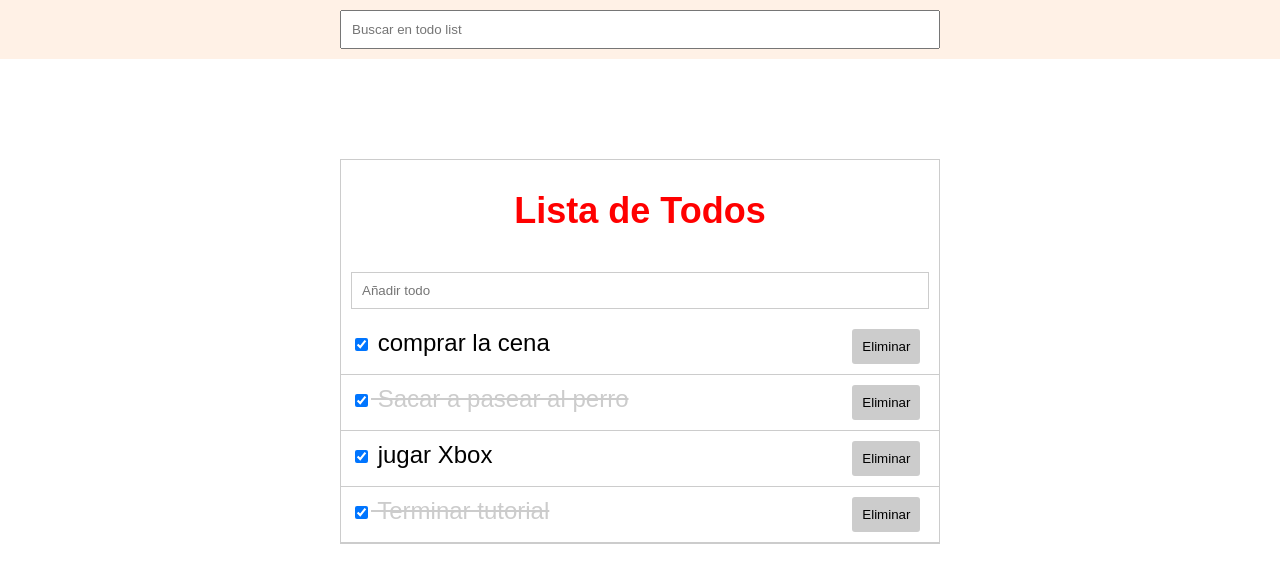
Repository: MauriVaz/Primer-app-con-Vue
Page: /
An editor plug-in stored every save of this project. The page is shown before and after the next save, followed by the edit.
The browser window is 1280 px wide. The pictures show the whole page.
The project was rebuilt for these pictures with package versions that can differ from the ones it lists, and the page was loaded fresh each time. Also part of the build but not shown: vue.config.js.

Above is the page before, as saved 2022-12-28 22:04:52.

After the next save:
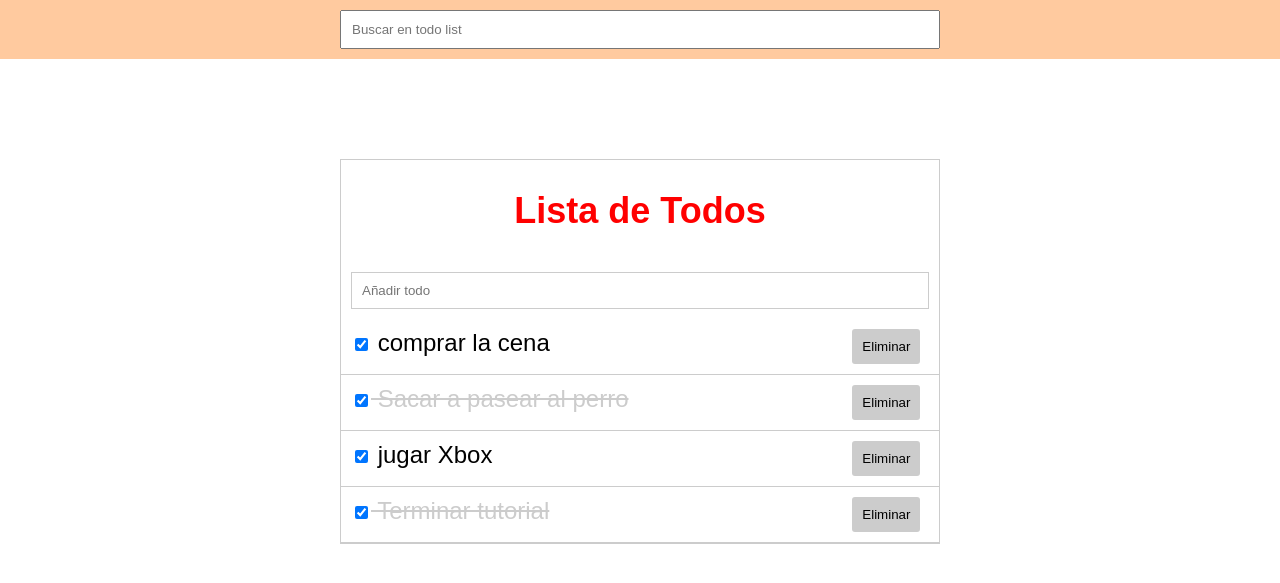
Saved 4 s later.
--- a/src/App.vue
+++ b/src/App.vue
@@ -96,7 +96,7 @@ export default {
   }
 
   #header{
-    background: rgba(255, 123, 15, .1);
+    background: rgba(255, 123, 15, .4);
     padding: 10px;
   }
 
